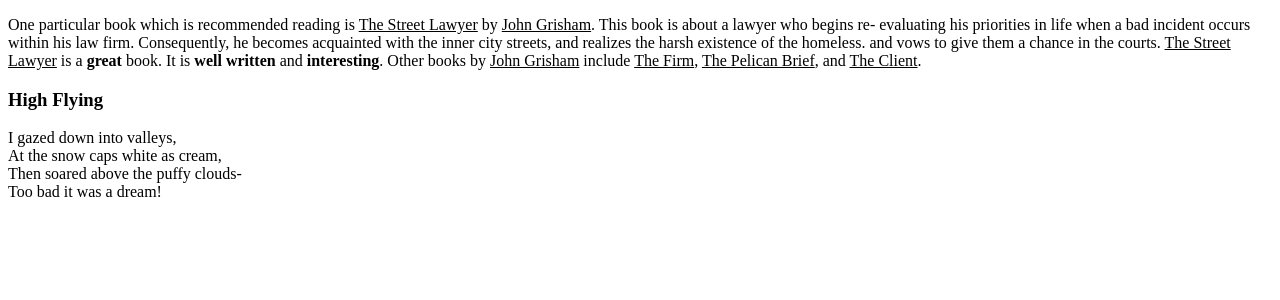
Repository: NguyenPhuSang21023391/HTCNWeb_T1-2
Page: TH_Tuan01/html/bai03.html
These files come from the project's save history. The page is drawn as it stood at one moment and after the next save; the edit follows.
The browser window is 1280 px wide. The pictures show the whole page.

Above is the page before, as saved 2023-02-19 16:04:40.

### TH_Tuan01/html/bai03.html
<!DOCTYPE html>
<html lang="en">
  <head>
    <meta charset="UTF-8" />
    <meta http-equiv="X-UA-Compatible" content="IE=edge" />
    <meta name="viewport" content="width=device-width, initial-scale=1.0" />
    <title>Document</title>
  </head>
  <body>
    <p>
      One particular book which is recommended reading is
      <u>The Street Lawyer</u> by <u>John Grisham</u>. This book is about a
      lawyer who begins re- evaluating his priorities in life when a bad
      incident occurs within his law firm. Consequently, he becomes acquainted
      with the inner city streets, and realizes the harsh existence of the
      homeless. and vows to give them a chance in the courts.
      <u>The Street Lawyer</u> is a <b>great</b> book. It is
      <b>well written</b> and <b>interesting</b>. Other books by
      <u>John Grisham</u> include <u>The Firm</u>, <u>The Pelican Brief</u>, and
      <u>The Client</u>.
    </p>

    <h3>High Flying</h3>
    <p style="text-align: left: ;;">
      I gazed down into valleys, <br />At the snow caps white as cream,<br />Then
      soared above the puffy clouds- <br />Too bad it was a dream!
    </p>
  </body>
</html>

After the next save:
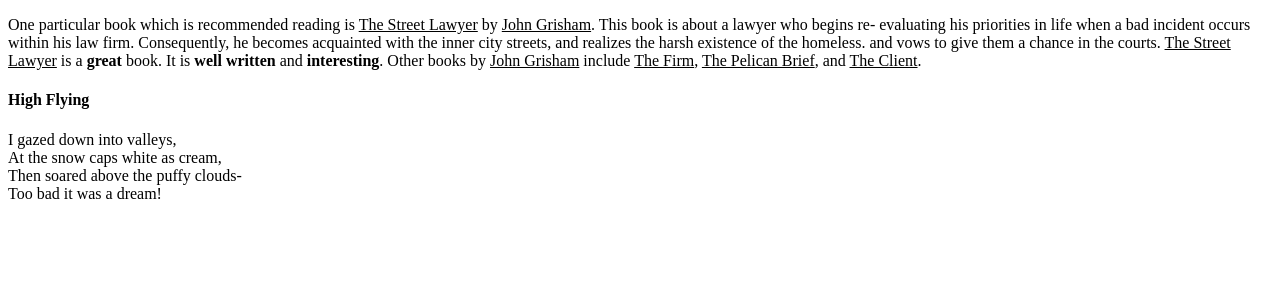
Saved 60 s later.
--- a/TH_Tuan01/html/bai03.html
+++ b/TH_Tuan01/html/bai03.html
@@ -20,7 +20,7 @@
       <u>The Client</u>.
     </p>
 
-    <h3>High Flying</h3>
+    <h4>High Flying</h4>
     <p style="text-align: left: ;;">
       I gazed down into valleys, <br />At the snow caps white as cream,<br />Then
       soared above the puffy clouds- <br />Too bad it was a dream!
